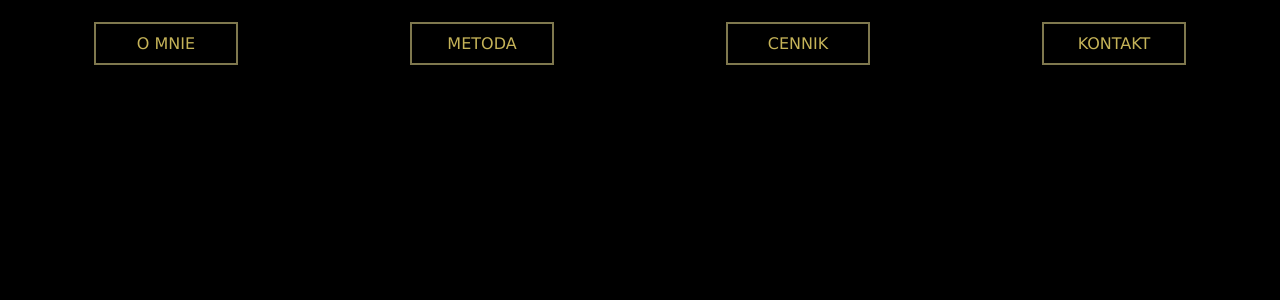
Repository: LechCieslak/Anna_Cieslak_v2.1
Page: index.html
These files come from the project's save history. The page is drawn as it stood at one moment and after a run of saves; the edit follows.
The browser window is 1280 px wide. The pictures show the whole page.

Above is the page before, as saved 2020-09-17 15:36:25.

### index.html
<!DOCTYPE html>
<html lang="pl">
<head>
    <meta charset="UTF-8">
    <meta name="viewport" content="width=device-width, initial-scale=1.0">
    <link rel="stylesheet" href="style.css">
    <title>Przyjazne miejsce</title>
</head>
<body>
    <main>

            <div class="menu">
                <ul>
                    <li class="li1">O MNIE</li>
                    <li class="li2">METODA</li>
                    <li class="li3">CENNIK</li>
                    <li class="li4">KONTAKT</li>
                </ul>
            </div>

            <div class="oMnie shape">
                <h1>O MNIE</h1>
                <p>Anna Cieślak - psycholog, psychoterapeuta
                    <br><br>
                    Prowadzę indywidualną długoterminową psychoterapię osób dorosłych oraz młodzieży 16+. Od kilku lat w duchu Rodzicielstwa Bliskości wspieram rodziców oraz nauczycieli w codziennych wyzwaniach związanych z budowaniem relacji z dziećmi. Pracuję z dziećmi i młodzieżą w placówkach edukacyjnych (głównie są to tzw. szkoły alternatywne, realizujące program MEN w autorski sposób). <br>
                    W swojej pracy łączę humanistyczne i psychodynamiczne spojrzenie na klienta. Ukończyłam kursy i szkolenia z zakresu psychoterapii i psychopedagogiki w Ośrodku Terapii i Rozwoju Gestalt, w Laboratorium Psychoedukacji, Podyplomowym Studium Relacji Interpersonalnych i Profilaktyki Uzależnień UKSW oraz Akademii Rodziców i Wychowawców w Fundacji Bullerbyn. Ważnym dla mnie doświadczeniem było szkolenie wstępne z zakresu NVC prowadzone przez Zofię Schacht-Petersen. <br>
                    Prywatną praktykę prowadzę od 2013 roku. Swoją pracę poddaję regularnej superwizji, prowadzonej przez superwizora Polskiego Towarzystwa Psychologicznego.</p>
            </div>

            <div class="metoda shape">
                <h1>METODA</h1>
                <p>Lorem, ipsum dolor sit amet consectetur adipisicing elit. Tenetur illum, dolores ipsum earum qui eligendi quaerat itaque debitis quo cumque repudiandae fugit quisquam nisi quas sunt voluptatem alias enim vero porro reprehenderit. Quisquam possimus labore voluptate facere voluptatum mollitia eveniet dicta quis vitae ullam quae saepe veniam quos ut, dolor, fuga repellat, veritatis quam modi odio placeat! Vero, reprehenderit repellendus? Delectus sit voluptate minus quam ratione numquam ipsum nemo commodi rem nesciunt consequatur, sunt cumque, repellat aliquam excepturi dolores aut suscipit minima nisi veritatis itaque ad explicabo perspiciatis voluptatibus! Cumque id adipisci officiis facere, tenetur quod provident. Eveniet, exercitationem necessitatibus.</p>
            </div>

            <div class="cennik shape">
                <h1>CENNIK</h1>
                <p>Lorem, ipsum dolor sit amet consectetur adipisicing elit. Tenetur illum, dolores ipsum earum qui eligendi quaerat itaque debitis quo cumque repudiandae fugit quisquam nisi quas sunt voluptatem alias enim vero porro reprehenderit. Quisquam possimus labore voluptate facere voluptatum mollitia eveniet dicta quis vitae ullam quae saepe veniam quos ut, dolor, fuga repellat, veritatis quam modi odio placeat! Vero, reprehenderit repellendus? Delectus sit voluptate minus quam ratione numquam ipsum nemo commodi rem nesciunt consequatur, sunt cumque, repellat aliquam excepturi dolores aut suscipit minima nisi veritatis itaque ad explicabo perspiciatis voluptatibus! Cumque id adipisci officiis facere, tenetur quod provident. Eveniet, exercitationem necessitatibus.</p>
            </div>

            <div class="kontakt shape">
                <h1>KONTAKT</h1>
                <p>Lorem, ipsum dolor sit amet consectetur adipisicing elit. Tenetur illum, dolores ipsum earum qui eligendi quaerat itaque debitis quo cumque repudiandae fugit quisquam nisi quas sunt voluptatem alias enim vero porro reprehenderit. Quisquam possimus labore voluptate facere voluptatum mollitia eveniet dicta quis vitae ullam quae saepe veniam quos ut, dolor, fuga repellat, veritatis quam modi odio placeat! Vero, reprehenderit repellendus? Delectus sit voluptate minus quam ratione numquam ipsum nemo commodi rem nesciunt consequatur, sunt cumque, repellat aliquam excepturi dolores aut suscipit minima nisi veritatis itaque ad explicabo perspiciatis voluptatibus! Cumque id adipisci officiis facere, tenetur quod provident. Eveniet, exercitationem necessitatibus.</p>
            </div>
    </main>


    <script src="app.js"></script>
</body>
</html>

### style.css
* {
    font-family: verdana;
    padding: 0px;
}

body {
    --tlo: #4C6464;
    --text: #C5B358;
    --ramka: #7F784E;
    background-position-x: center;
    background-color: black;
    color: var(--text);
    animation: backgroundEffPoz 3s forwards;
    display: block;
    position: relative;
}



ul {
    display: flex;
    justify-content: space-around;
}

.menu li {
    margin-top: 6px;
    padding: 10px;
    display: inline-block;
    border: solid 2px var(--ramka);
    list-style-type: none;
    width: 120px;
    cursor: pointer;
    text-align: center;
}

.shape {
    border: solid 3px var(--ramka);
    /* width: 70%; */
    opacity: 0;
    padding: 10px;
    position: absolute;
    text-align: justify;
}

.nowa {
    opacity: 1;
}

@keyframes backgroundEffPoz {
    100% {
            opacity: 0.5;
            background-image: url("images/background-poz.jpg");
    }
}
@keyframes backgroundEffPion {
    100% {
            background-image: url("images/background-pion.jpg");
    }
}

/* style css - duże ekrany
@media (min-width: 1100px) {
    body {
        font-size: 30px;
    }
} */

@media (max-width: 600px) {
    body {
        /* style css - tel. pionowo */
        /* background-image: url("images/background-pion.jpg"); */
        font-size: 10px;
        background-position-x: center;
        animation: backgroundEffPion 3s forwards;
    }

    .menu li {
        width: 50px;
        height: 8px;
        padding-top: 6px;
    }
}

@media (max-width: 320px) {
    ul {
        width: 55px;
        display: block;
    }
}

### app.js
let a = document.querySelector('.li1');
let b = document.querySelector('.oMnie');
let c = document.querySelector('.li2');
let d = document.querySelector('.metoda');
let e = document.querySelector('.li3');
let f = document.querySelector('.cennik');
let g = document.querySelector('.li4');
let h = document.querySelector('.kontakt');

a.addEventListener('click', e => {
  b.classList.toggle("nowa");
  d.classList.remove("nowa");
  f.classList.remove("nowa");
  h.classList.remove("nowa");
});


c.addEventListener('click', e => {
  d.classList.toggle("nowa");
  b.classList.remove("nowa");
  f.classList.remove("nowa");
  h.classList.remove("nowa");
});

e.addEventListener('click', e => {
  f.classList.toggle("nowa");
  b.classList.remove("nowa");
  d.classList.remove("nowa");
  h.classList.remove("nowa");
});


g.addEventListener('click', e => {
  h.classList.toggle("nowa");
  b.classList.remove("nowa");
  d.classList.remove("nowa");
  f.classList.remove("nowa");
});

After the next 2 saves:
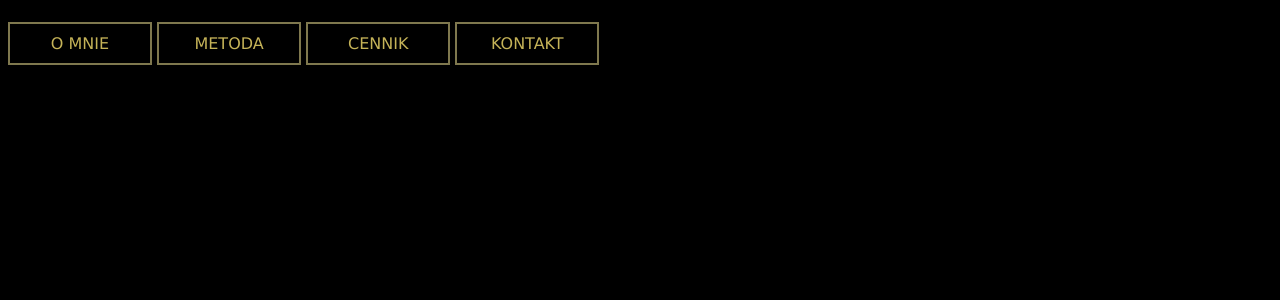
The 2 saves are shown as one change because they came seconds apart.
The last was saved 7 s later.
--- a/style.css
+++ b/style.css
@@ -15,7 +15,7 @@
     position: relative;
 }
 
-
+body::
 
 ul {
     display: flex;

After the save that followed:
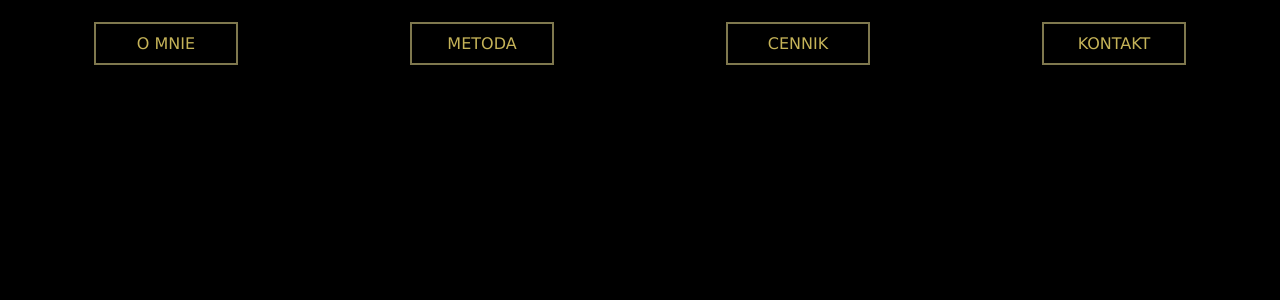
Saved 4 s later.
--- a/style.css
+++ b/style.css
@@ -15,7 +15,9 @@
     position: relative;
 }
 
-body::
+body::after {
+
+}
 
 ul {
     display: flex;
